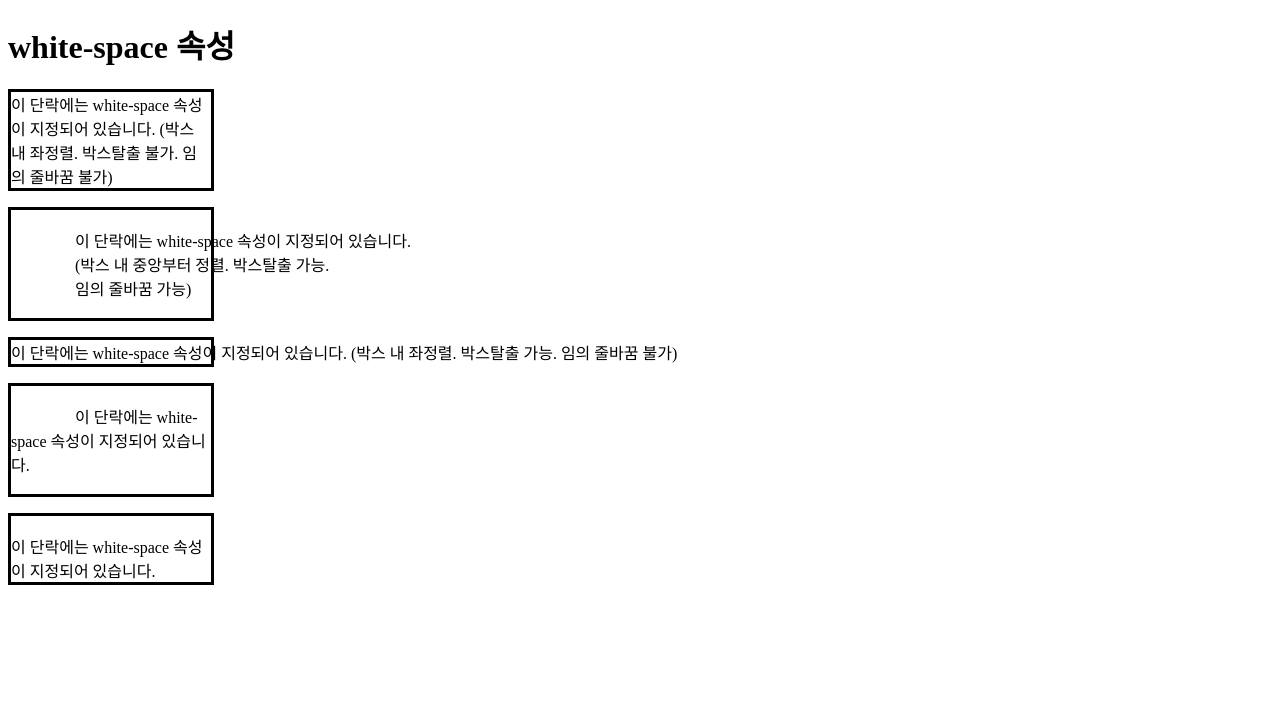
Repository: cussip/SuperHands
Page: WebExam/src/main/webapp/css/fonts/text/white-space.html
The author's editor kept a copy of each file at every save. The page is drawn from the files as they stood at one save, then again after the next save.
The browser window is 1280 px wide. The pictures show the whole page.

Above is the page before, as saved 2022-01-31 02:34:52.

After the next save:
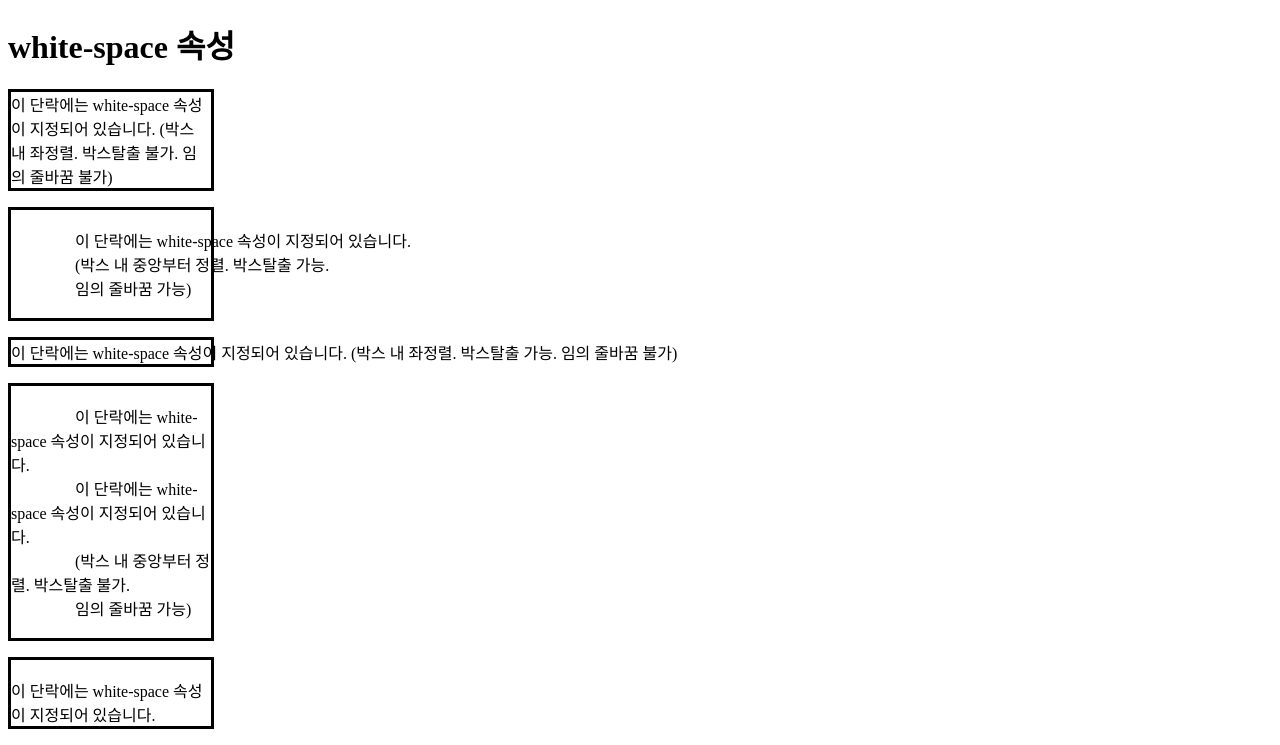
Saved 18 s later.
--- a/WebExam/src/main/webapp/css/fonts/text/white-space.html
+++ b/WebExam/src/main/webapp/css/fonts/text/white-space.html
@@ -35,6 +35,9 @@
 	</p>
 	<p class="pre-wrap">
 		이 단락에는 white-space 속성이 지정되어 있습니다.
+		이 단락에는 white-space 속성이 지정되어 있습니다.
+		(박스 내 중앙부터 정렬. 박스탈출 불가.
+		임의 줄바꿈 가능)
 	</p>
 	<p class="pre-line">
 		이 단락에는 white-space 속성이 지정되어 있습니다.
